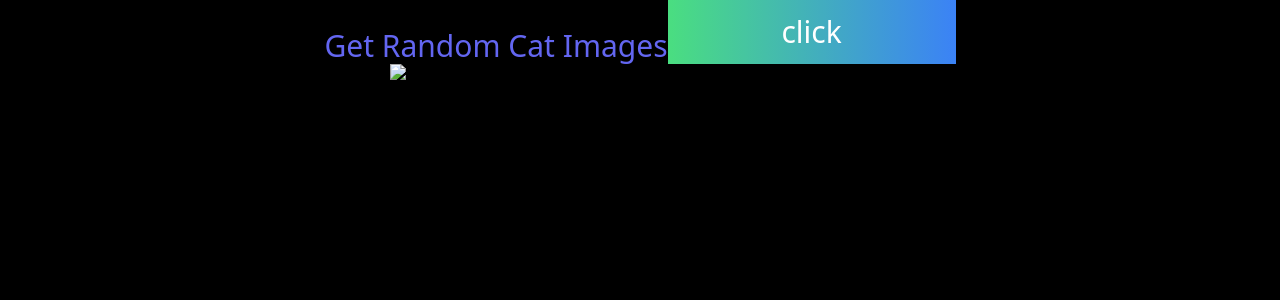
Repository: tentaciones/catMemeGenerator
Page: /
An editor plug-in stored every save of this project. The page is shown before and after the next save, followed by the edit.
The browser window is 1280 px wide. The pictures show the whole page.
The page's requests for data from a server got no answer. Some web fonts or font styles are not loaded; a fallback is used. The project was rebuilt for these pictures with package versions that can differ from the ones it lists, and the page was loaded fresh each time. No one was signed in, and anything a server would have sent is missing. Also part of the build but not shown: src/components/Navbar.jsx, src/components/Header.jsx, src/components/Post.jsx, src/components/Sidebar.jsx, src/pages/home.jsx.

Above is the page before, as saved 2022-07-07 19:53:43.

After the next save:
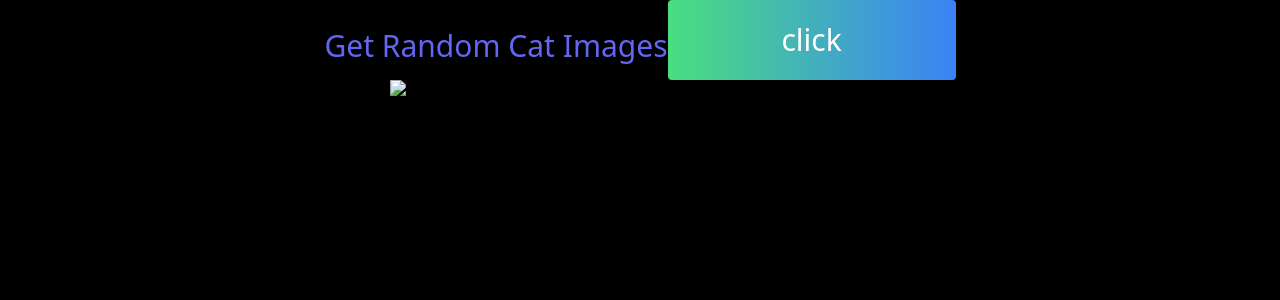
Saved 20 s later.
--- a/src/pages/Generator.jsx
+++ b/src/pages/Generator.jsx
@@ -27,7 +27,7 @@
         <div className="mt-7">Get Random Cat Images</div>
         <button
           onClick={getCat}
-          className="bg-gradient-to-r from-green-400 to-blue-500 hover:from-pink-500 hover:to-yellow-500 text-white w-72"
+          className="bg-gradient-to-r from-green-400 to-blue-500 hover:from-pink-500 hover:to-yellow-500 text-white w-72 h-20 rounded "
         >
           click
         </button>
